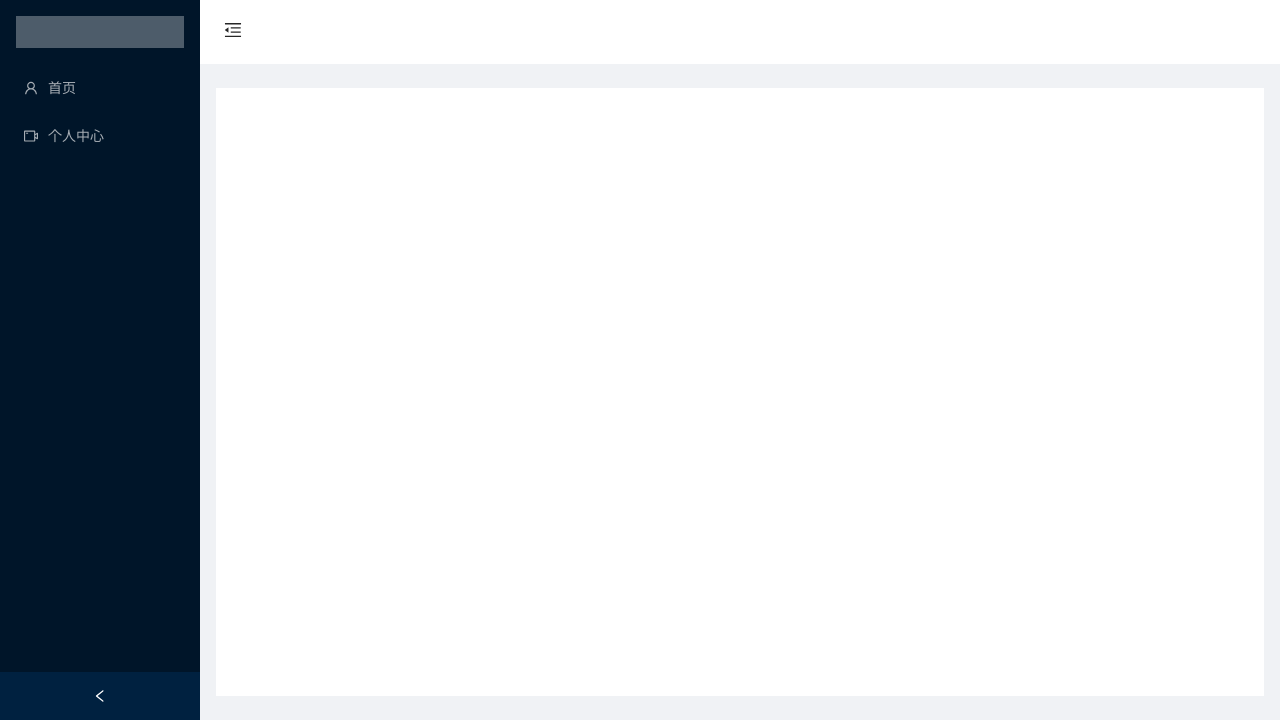
Repository: DallenCat/react-test
Page: /
The author's editor kept a copy of each file at every save. The page is drawn from the files as they stood at one save, then again after the next save.
The browser window is 1280 px wide. The pictures show the whole page.
The project was rebuilt for these pictures with package versions that can differ from the ones it lists, and the page was loaded fresh each time. Also part of the build but not shown: src/containers/dashboard/index.js, src/containers/personal/index.js.

Above is the page before, as saved 2021-10-28 10:12:50.

### src/index.js
/*
 * @Descripttion:
 * @version:
 * @Author: dal
 * @Date: 2021-10-26 17:14:54
 * @LastEditors: dal
 * @LastEditTime: 2021-10-27 16:56:47
 */
import React from 'react';
import ReactDOM from 'react-dom';
import './index.css';
import App from './App';
import reportWebVitals from './reportWebVitals';

ReactDOM.render(
  <App />,
  document.getElementById('root')
);

// If you want to start measuring performance in your app, pass a function
// to log results (for example: reportWebVitals(console.log))
// or send to an analytics endpoint. Learn more: https://bit.ly/CRA-vitals
reportWebVitals();

### src/App.js

import './App.css';
import Routes from './routes';
import { BrowserRouter as Router, Switch, Route } from 'react-router-dom';
import SiderDemo from "@/components/layout/index.js"
import { Component } from 'react';
class App extends Component {
  render() {
    let LayoutRouter = (props) => {
      return (
        <SiderDemo>
          <Routes />
        </SiderDemo>
      )
    }
    return (
      <Router>
        <Switch>
          <Route path="/" component={LayoutRouter} />
        </Switch>
      </Router>
    )
  }

}
// render(<Router routes={routes} />, document.body)
export default App;

### src/App.css
@import '~antd/dist/antd.css';

.App {
  text-align: center;
}

.App-logo {
  height: 40vmin;
  pointer-events: none;
}

@media (prefers-reduced-motion: no-preference) {
  .App-logo {
    animation: App-logo-spin infinite 20s linear;
  }
}

.App-header {
  background-color: #282c34;
  min-height: 100vh;
  display: flex;
  flex-direction: column;
  align-items: center;
  justify-content: center;
  font-size: calc(10px + 2vmin);
  color: white;
}

.App-link {
  color: #61dafb;
}

@keyframes App-logo-spin {
  from {
    transform: rotate(0deg);
  }

  to {
    transform: rotate(360deg);
  }
}

### src/routes/index.js
/*
 * @Descripttion:
 * @version:
 * @Author: dal
 * @Date: 2021-10-26 17:34:53
 * @LastEditors: dal
 * @LastEditTime: 2021-10-27 15:55:38
 */
import Dashboard from "@/containers/dashboard"
import Personal from "@/containers/personal"
import { Route, Switch, withRouter } from 'react-router-dom';

const routes = () => {
  return (
    <Switch>
      <Route exact path={"/dashboard"} component={Dashboard} />
      <Route exact path={"/personal"} component={Personal} />

    </Switch>
  )
}
export default withRouter(routes)

### src/components/layout/index.js
/*
 * @Descripttion:
 * @version:
 * @Author: dal
 * @Date: 2021-10-27 09:54:26
 * @LastEditors: dal
 * @LastEditTime: 2021-10-27 16:53:47
 */
import React from "react"
import { Layout } from 'antd';
// 首先我们需要导入一些组件...
import "./index.css"
import {
  MenuUnfoldOutlined,
  MenuFoldOutlined
} from '@ant-design/icons';
import Sider from "./sider"
const { Header, Content } = Layout;

class SiderDemo extends React.Component {

  state = {
    collapsed: false,
  };

  toggle = () => {
    this.setState({
      collapsed: !this.state.collapsed,
    });
  };
  // 组件挂载
  componentDidMount() {
    console.log(this.props);
  }
  render() {

    return (
      <Layout id="components-layout-demo-custom-trigger">
        <Sider collapsed={this.state.collapsed}></Sider>
        <Layout className="site-layout">
          <Header className="site-layout-background">
            {React.createElement(this.state.collapsed ? MenuUnfoldOutlined : MenuFoldOutlined, {
              className: 'trigger',
              onClick: this.toggle,
            })}
          </Header>
          <Content
            className="site-layout-background"
            style={{
              margin: '24px 16px',
              padding: 24,
              minHeight: 280,
            }}
          >
            {this.props.children || "Welcome to your Inbox"}
          </Content>
        </Layout>
      </Layout>
    );
  }
}

export default SiderDemo;

### src/components/layout/index.css
.ant-layout {
  height: 100vh;
}

.ant-layout-header {
  text-align: left;
  padding: 0;
}

#components-layout-demo-custom-trigger .trigger {
  padding: 0 24px;
  font-size: 18px;
  line-height: 64px;
  cursor: pointer;
  transition: color 0.3s;
}

#components-layout-demo-custom-trigger .trigger:hover {
  color: #1890ff;
}

#components-layout-demo-custom-trigger .logo {
  height: 32px;
  margin: 16px;
  background: rgba(255, 255, 255, 0.3);
}

.site-layout .site-layout-background {
  background: #fff;
}

### src/components/layout/sider/index.js
/*
 * @Descripttion:
 * @version:
 * @Author: dal
 * @Date: 2021-10-27 16:13:09
 * @LastEditors: dal
 * @LastEditTime: 2021-10-27 17:31:32
 */
import { Layout } from 'antd';
import { Component } from 'react';
import Menu from "./menu"
import Logo from "./logo"
const { Sider } = Layout;
class SIDER extends Component {
  constructor(props) {
    super(props)
  }
  render() {
    let { collapsed } = this.props
    return (
      <Sider collapsible collapsed={collapsed}>
        <Logo></Logo>
        <Menu></Menu>
      </Sider>
    )
  }
}
export default SIDER

### src/components/layout/sider/menu.js
/*
 * @Descripttion:
 * @version:
 * @Author: dal
 * @Date: 2021-10-27 16:12:40
 * @LastEditors: dal
 * @LastEditTime: 2021-10-28 10:12:30
 */
import { Menu } from "antd"
import { Component, createElement } from "react";
import { Link } from "react-router-dom"
import * as Icon from '@ant-design/icons'
import {
  UserOutlined,
  VideoCameraOutlined
} from '@ant-design/icons';
class MENU extends Component {
  constructor(props) {
    super(props)
    this.state = {
      selectedKeys: ['1'],
      routes: []
    }
  }
  /**
   *创建icon
  */
  icon(name) {
    return createElement(Icon[name]);
  }
  componentDidMount() {
    fetch('./mock/routes.json').then(res => {
      if (res.ok) {
        res.json().then(data => {
          this.setState({
            routes: data
          })
        })
      }
    })
  }
  render(h) {
    return (
      <Menu theme="dark" mode="inline" defaultSelectedKeys={this.state.selectedKeys}>
        {this.state.routes.map(v => {
          return (<Menu.Item key={v.key} icon={this.icon(v.icon)}>
            <Link to={v.path}>{v.title} </Link>
          </Menu.Item>)
        })}
      </Menu>

    )
  }
}
export default MENU

### src/components/layout/sider/logo.js
/*
 * @Descripttion: 侧边栏logo组件
 * @version:
 * @Author: dal
 * @Date: 2021-10-27 17:00:57
 * @LastEditors: dal
 * @LastEditTime: 2021-10-27 17:00:57
 */
import { Component } from "react";

class LOGO extends Component {
  render(h) {
    return (
      <div className="logo"></div>
    )
  }
}
export default LOGO

### public/mock/routes.json
[
  {
    "id":"1",
    "key":"Dashboard",
    "path":"/dashboard",
    "title":"首页",
    "children":[],
    "icon":"UserOutlined",
    "component":"/containers/dashboard"
  },
  {
    "id":"2",
    "key":"Personal",
    "path":"/personal",
    "title":"个人中心",
    "children":[],
    "icon":"VideoCameraOutlined",
    "component":"/containers/personal"
  }
]

Loaded but not shown: public/index.html (common file); src/index.css (common file); src/reportWebVitals.js (common file)

After the next save:
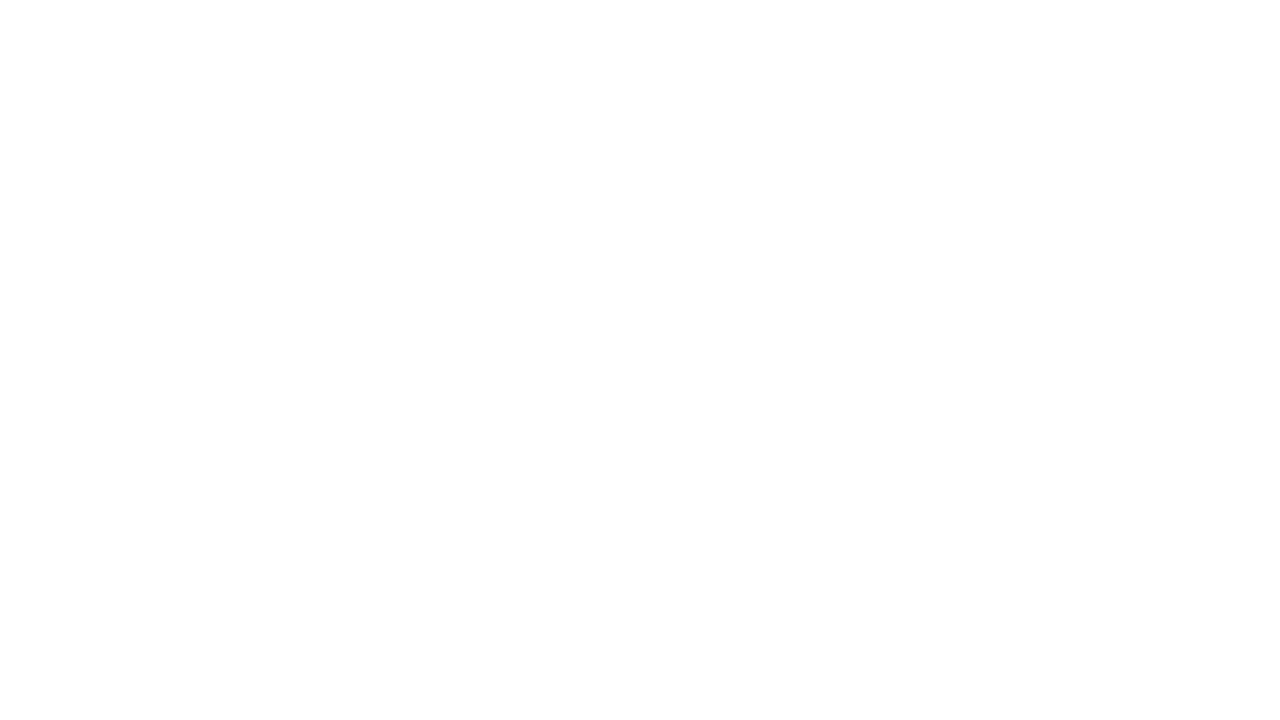
Console error: TypeError: Cannot read properties of undefined (reading 'length')
Saved 15 min 2 s later.
--- a/src/components/layout/sider/menu.js
+++ b/src/components/layout/sider/menu.js
@@ -4,9 +4,9 @@
  * @Author: dal
  * @Date: 2021-10-27 16:12:40
  * @LastEditors: dal
- * @LastEditTime: 2021-10-28 10:12:30
+ * @LastEditTime: 2021-10-28 10:27:52
  */
-import { Menu } from "antd"
+import { Menu, SubMenu } from "antd"
 import { Component, createElement } from "react";
 import { Link } from "react-router-dom"
 import * as Icon from '@ant-design/icons'
@@ -28,6 +28,30 @@
   icon(name) {
     return createElement(Icon[name]);
   }
+  /**
+   * 拼接routes
+   */
+  convertRoutes(arr) {
+    arr.map(v => {
+      if (arr.children.length > 0) {
+        return (
+          <SubMenu key={v.key} icon={this.icon(v.icon)} title={v.title}>
+            {this.convertRoutes(v.children)}
+          </SubMenu>
+        )
+      } else {
+        return (
+          <Menu.Item key={v.key} icon={this.icon(v.icon)}>
+            <Link to={v.path}>{v.title} </Link>
+          </Menu.Item>
+        )
+      }
+    })
+
+  }
+  /**
+   * 生命周期  = Vue-mounted
+  */
   componentDidMount() {
     fetch('./mock/routes.json').then(res => {
       if (res.ok) {
@@ -42,11 +66,12 @@
   render(h) {
     return (
       <Menu theme="dark" mode="inline" defaultSelectedKeys={this.state.selectedKeys}>
-        {this.state.routes.map(v => {
+        {this.convertRoutes(this.state.routes)}
+        {/* {this.state.routes.map(v => {
           return (<Menu.Item key={v.key} icon={this.icon(v.icon)}>
             <Link to={v.path}>{v.title} </Link>
           </Menu.Item>)
-        })}
+        })} */}
       </Menu>
 
     )

After the 3 saves that followed:
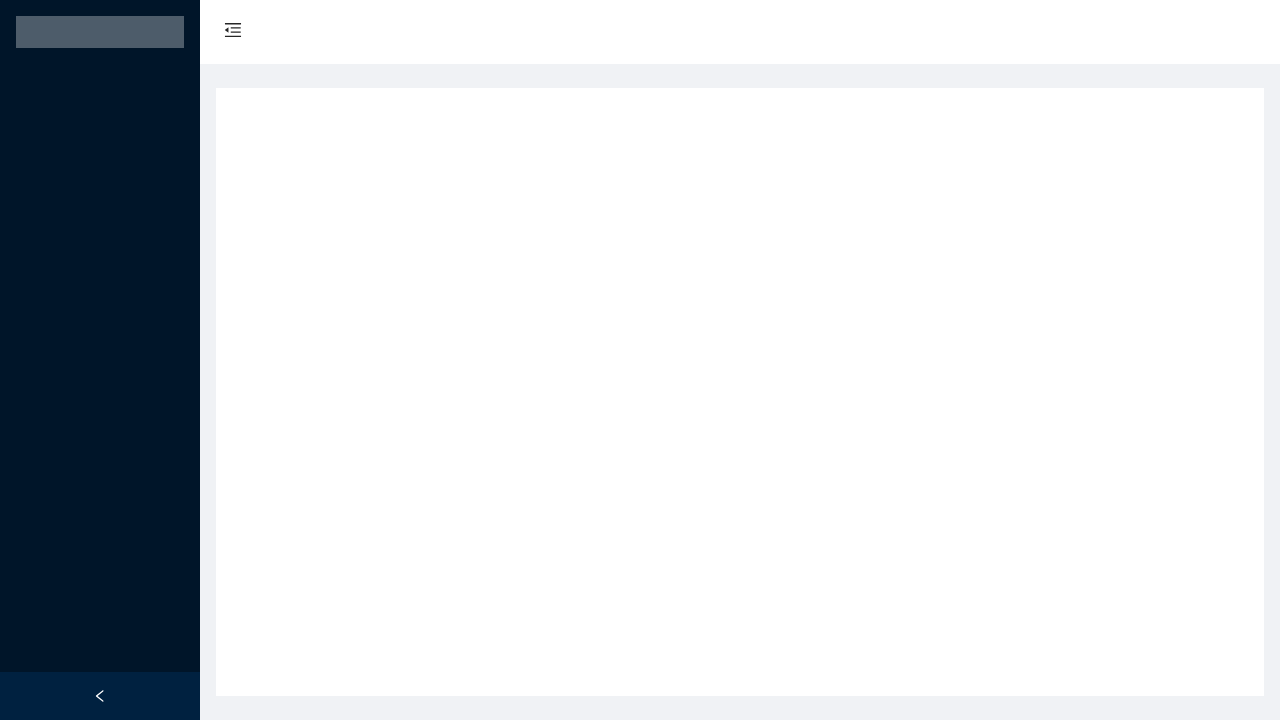
The error is gone.
The 3 saves are shown as one change because 2 left the picture as it was.
The last was saved 46 s later.
--- a/src/components/layout/sider/menu.js
+++ b/src/components/layout/sider/menu.js
@@ -6,14 +6,11 @@
  * @LastEditors: dal
  * @LastEditTime: 2021-10-28 10:27:52
  */
-import { Menu, SubMenu } from "antd"
+import { Menu } from "antd"
 import { Component, createElement } from "react";
 import { Link } from "react-router-dom"
 import * as Icon from '@ant-design/icons'
-import {
-  UserOutlined,
-  VideoCameraOutlined
-} from '@ant-design/icons';
+const { SubMenu } = Menu;
 class MENU extends Component {
   constructor(props) {
     super(props)
@@ -33,7 +30,7 @@
    */
   convertRoutes(arr) {
     arr.map(v => {
-      if (arr.children.length > 0) {
+      if (v.children.length > 0) {
         return (
           <SubMenu key={v.key} icon={this.icon(v.icon)} title={v.title}>
             {this.convertRoutes(v.children)}
@@ -67,11 +64,7 @@
     return (
       <Menu theme="dark" mode="inline" defaultSelectedKeys={this.state.selectedKeys}>
         {this.convertRoutes(this.state.routes)}
-        {/* {this.state.routes.map(v => {
-          return (<Menu.Item key={v.key} icon={this.icon(v.icon)}>
-            <Link to={v.path}>{v.title} </Link>
-          </Menu.Item>)
-        })} */}
+
       </Menu>
 
     )
